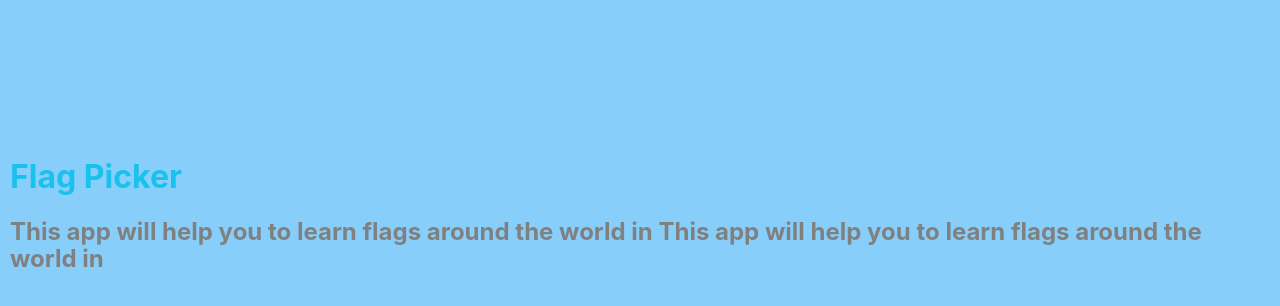
Repository: paras-shah/flag-app
Page: /
These files come from the project's save history. The page is drawn as it stood at one moment and after the next save; the edit follows.
The browser window is 1280 px wide. The pictures show the whole page.
The project was rebuilt for these pictures with package versions that can differ from the ones it lists, and the page was loaded fresh each time.

Above is the page before, as saved 2020-02-11 21:33:04.

After the next save:
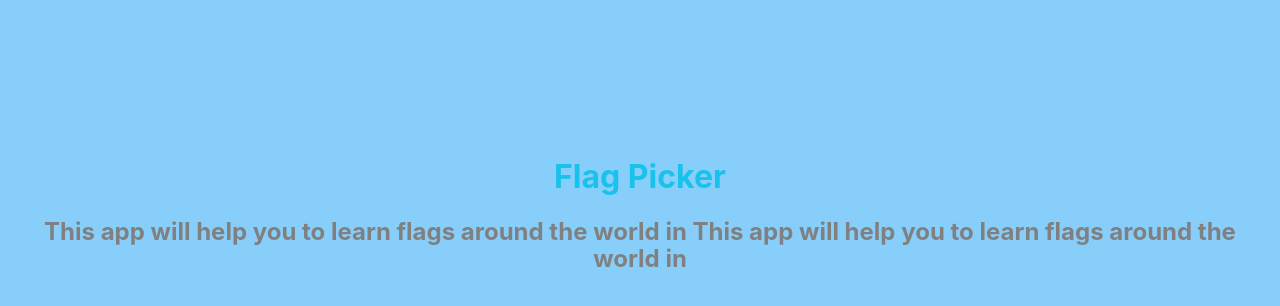
Saved 6 s later.
--- a/src/style/index.css
+++ b/src/style/index.css
@@ -12,7 +12,7 @@ body {
 .app-main{
   margin: 10% auto;
   padding: 10px;
-  text-align: "center";
+  text-align: center;
 }
 
 h1{
